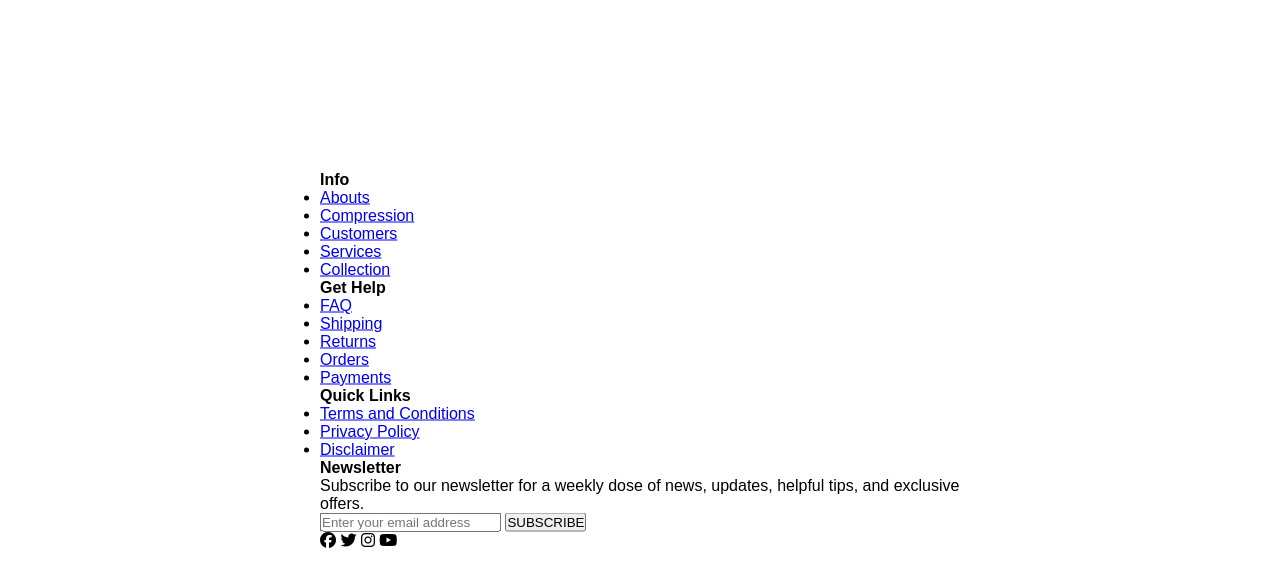
Repository: syni18/responsive_footer
Page: index.html
These files come from the project's save history. The page is drawn as it stood at one moment and after a run of saves; the edit follows.
The browser window is 1280 px wide. The pictures show the whole page.
Some web libraries are served in a nearby version.

Above is the page before, as saved 2023-11-03 17:14:15.

After the next 4 saves:
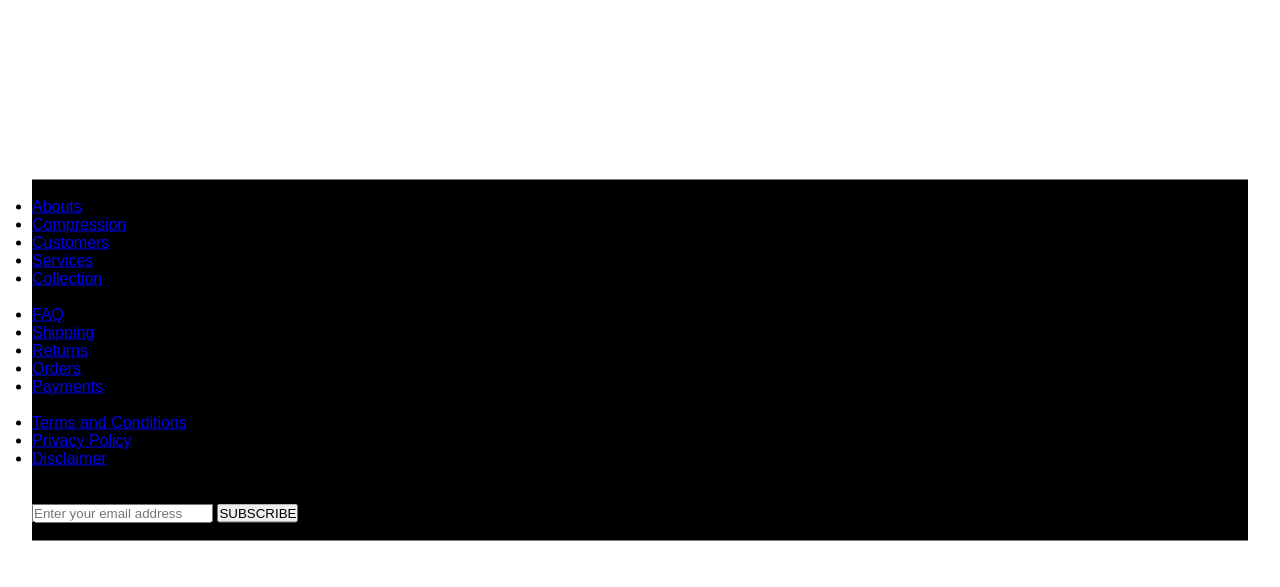
The 4 saves are shown as one change because they came seconds apart.
The last was saved 10 s later.
--- a/style.css
+++ b/style.css
@@ -10,5 +10,7 @@
     left: 50%;
     transform: translate(-50%, -50%);
     max-width: 1280px;
-    w
+    width: 95%;
+    background: #000;
+
 }
